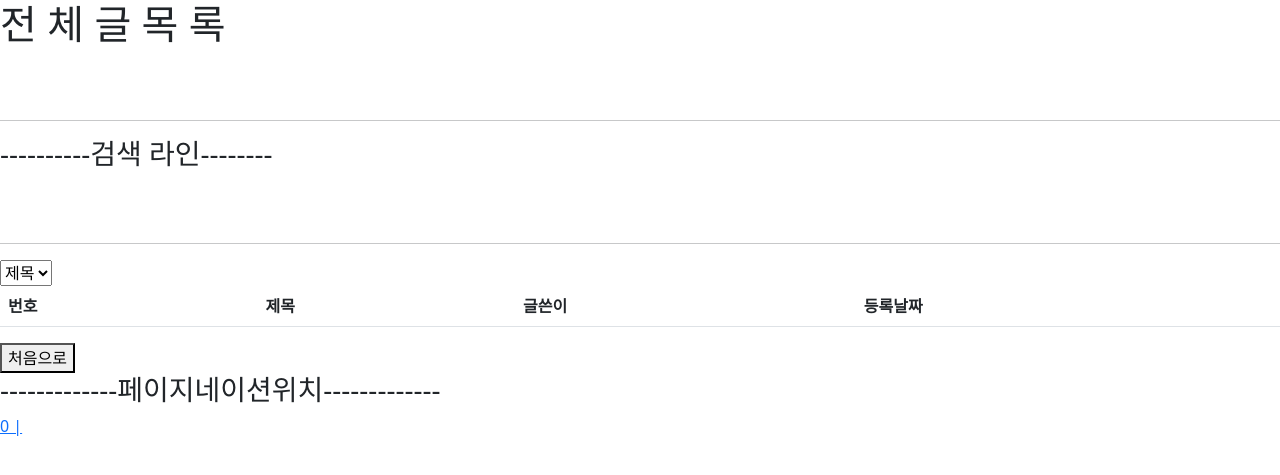
Repository: bbqju13/jsp0602
Page: http://localhost/jsp_project/board/list.jsp
An editor plug-in stored every save of this project. The page is shown before and after the next save, followed by the edit.
The browser window is 1280 px wide. The pictures show the whole page.
The page is served by Tomcat 9. The template is opened directly, without the code that normally fills it, so the values that code supplies are empty.

Above is the page before, as saved 2023-05-24 02:34:04.

After the next save:
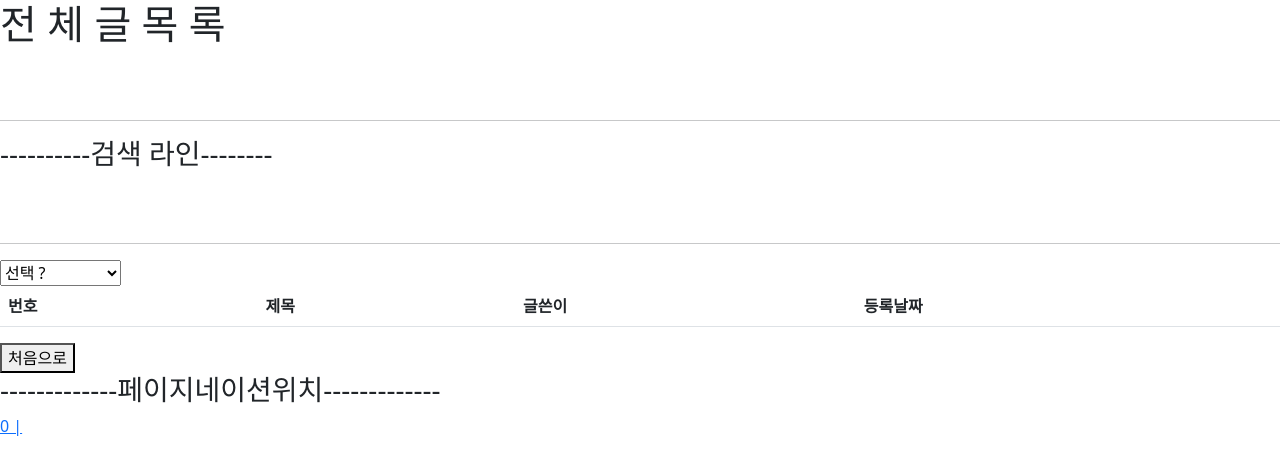
Saved 98 s later.
--- a/jsp_project2/jsp_project/src/main/webapp/board/list.jsp
+++ b/jsp_project2/jsp_project/src/main/webapp/board/list.jsp
@@ -27,12 +27,13 @@
 	<form action="/brd/page" method="post">
 		<div>
 			<select name="type">
+				<option >선택 ?</option>
 				<option>제목</option>
 				<option>내용</option>
-				<option>제목</option>
-				<option>제목</option>
-				<option>제목</option>
-				<option>제목</option>
+				<option>작성자</option>
+				<option>제목 or 내용</option>
+				<option>제목 or 작성자</option>
+				<option>내용 or 작성자</option>
 			</select>
 		</div>
 	</form>
